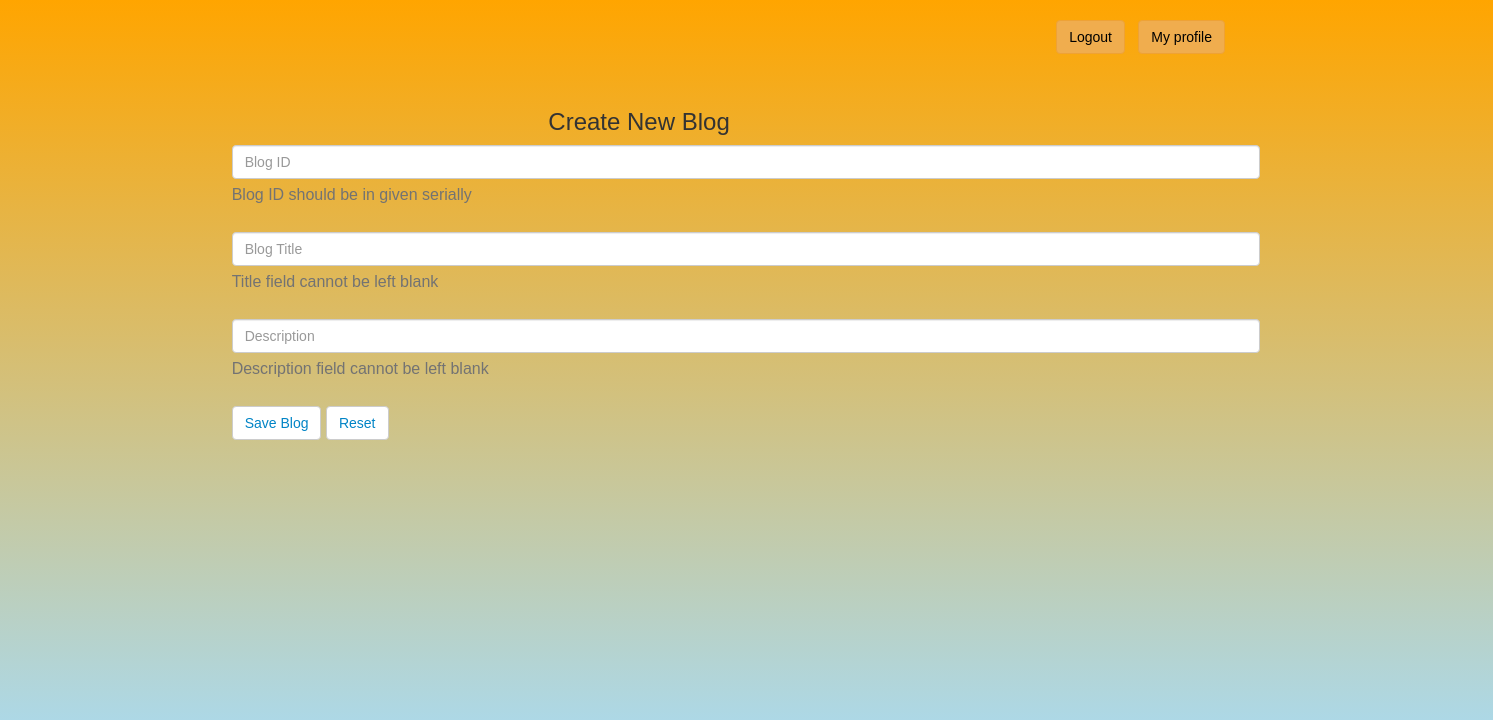
Repository: KaustubhKamat/CollaborationPlatform
Page: CollaborationFrontEnd/WebContent/c_blog/CreateBlog.html
These files come from the project's save history. The page is drawn as it stood at one moment and after the next save; the edit follows.
The browser window is 1280 px wide. The page is 1493 px wide, so the pictures cover 1493 px, including what lies to the right of the window. The pictures show the whole page.
Some web libraries are served in a nearby version.

Above is the page before, as saved 2017-03-14 16:26:51.

### CollaborationFrontEnd/WebContent/c_blog/CreateBlog.html
<html>
<head>
<meta charset="ISO-8859-1">
<title>Insert title here</title>
<link rel="stylesheet"
	href="https://maxcdn.bootstrapcdn.com/bootstrap/3.3.7/css/bootstrap.min.css">
<script
	src="https://ajax.googleapis.com/ajax/libs/jquery/1.12.4/jquery.min.js"></script>
<link rel="stylesheet"
	href="https://maxcdn.bootstrapcdn.com/font-awesome/4.4.0/css/font-awesome.min.css">
<script
	src="https://maxcdn.bootstrapcdn.com/bootstrap/3.3.7/js/bootstrap.min.js"></script>
</head>
<body>

<head>

<link rel="stylesheet"
	href="https://maxcdn.bootstrapcdn.com/bootstrap/3.3.7/css/bootstrap.min.css">
<script
	src="https://ajax.googleapis.com/ajax/libs/jquery/3.1.1/jquery.min.js"></script>
<script
	src="https://maxcdn.bootstrapcdn.com/bootstrap/3.3.7/js/bootstrap.min.js"></script>
<style>
body {
	font-family: sans-serif;

}

form {
	margin: 25px auto;
	font-size: medium;
	padding: 10px 20px;
	border-radius: 10px;
	text-align: justify;
}

body {
	background: linear-gradient(orange, lightblue);
}

h2 {
	text-align: center;
}

</style>
<meta http-equiv="Content-Type" content="text/html; charset=ISO-8859-1">
<title>Insert title here</title>
</head>

<body ng-app="">

<div class="UserController as ctrl">
<div class="container">
		<div class="nav navbar-nav navbar-right">
			<h3>
				<a href="#" ng-click="ctrl.logoutUser()" class="btn btn-warning"
					style="color: black"> Logout</a> &nbsp<a href="#/myProfile"
					class="btn btn-warning" style="color: black">My profile</a>
			</h3>
		</div>
		</div>
		</div>

<div ng-controller="BlogController as ctrl">

<div class="col-sm-9 col-md-offset-5">
		<h3>Create New Blog</h3>
		</div>


<form name="form" ng-submit="ctrl.submit()" class="form-horizontal" role="form">

<div class="form-group" ng-class="{'has-error' : form.id.$dirty && form.id.$error.required}">
    <div class="col-sm-offset-2 col-sm-10">
      <input type="text" class="form-control" placeholder="Blog ID" ng-model="ctrl.blog.id" id="" name="id" required>
      <span ng-show="form.id.$dirty && form.id.$error.required" class="help-block">Blog ID should be in given serially </span>
    </div>
  </div>

		<div class="form-group" ng-class="{'has-error' : form.title.$dirty && form.title.$error.required}">
    <div class="col-sm-offset-2 col-sm-10">
      <input type="text" class="form-control" placeholder="Blog Title" ng-model="ctrl.blog.title" id="" name="title" required>
      <span ng-show="form.title.$dirty && form.title.$error.required" class="help-block">Title field cannot be left blank</span>
    </div>
  </div>

   <div class="form-group" ng-class="{'has-error' : form.description.$dirty && form.description.$error.required}">
    <div class="col-sm-offset-2 col-sm-10">
      <input type="text" class="form-control" placeholder="Description" ng-model="ctrl.blog.description" id="description" name="description" required>
      <span ng-show="form.description.$dirty && form.description.$error.required" class="help-block">Description field cannot be left blank</span>
    </div>
  </div>

		<div class="form-group">
			<div class="col-sm-offset-2 col-sm-10">
				<button type="submit" class="btn btn-default" style="color: #0084c6">Save Blog</button>
				<button type="submit" class="btn btn-default" ng-click="ctrl.reset()" style="color: #0084c6">Reset</button>
		</div>
		</div>
	</form>
	</div>


 </body>
 </html>

After the next save:
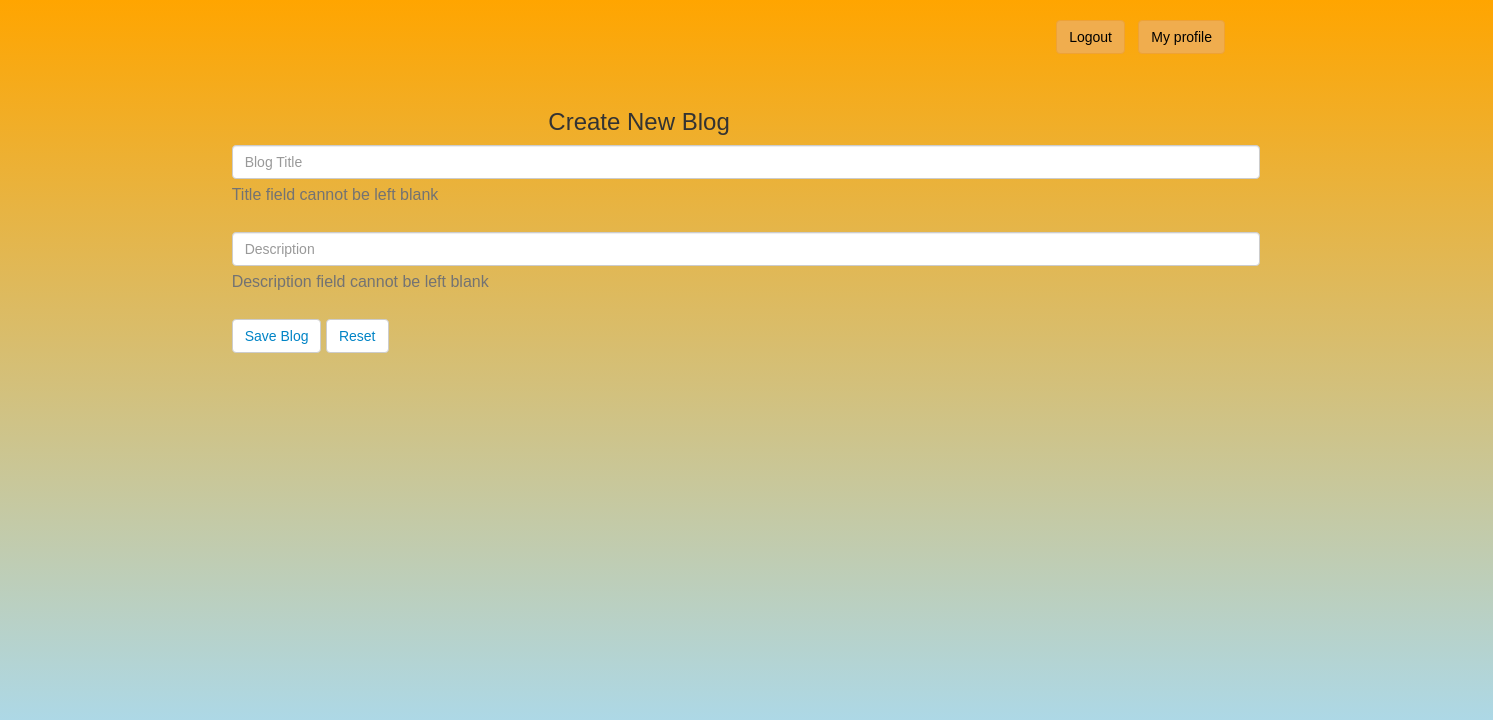
Saved 28 min 15 s later.
--- a/CollaborationFrontEnd/WebContent/c_blog/CreateBlog.html
+++ b/CollaborationFrontEnd/WebContent/c_blog/CreateBlog.html
@@ -71,12 +71,12 @@ h2 {
 
 <form name="form" ng-submit="ctrl.submit()" class="form-horizontal" role="form">
 
-<div class="form-group" ng-class="{'has-error' : form.id.$dirty && form.id.$error.required}">
+<!-- <div class="form-group" ng-class="{'has-error' : form.id.$dirty && form.id.$error.required}">
     <div class="col-sm-offset-2 col-sm-10">
       <input type="text" class="form-control" placeholder="Blog ID" ng-model="ctrl.blog.id" id="" name="id" required>
       <span ng-show="form.id.$dirty && form.id.$error.required" class="help-block">Blog ID should be in given serially </span>
     </div>
-  </div>
+  </div> -->
 
 		<div class="form-group" ng-class="{'has-error' : form.title.$dirty && form.title.$error.required}">
     <div class="col-sm-offset-2 col-sm-10">
